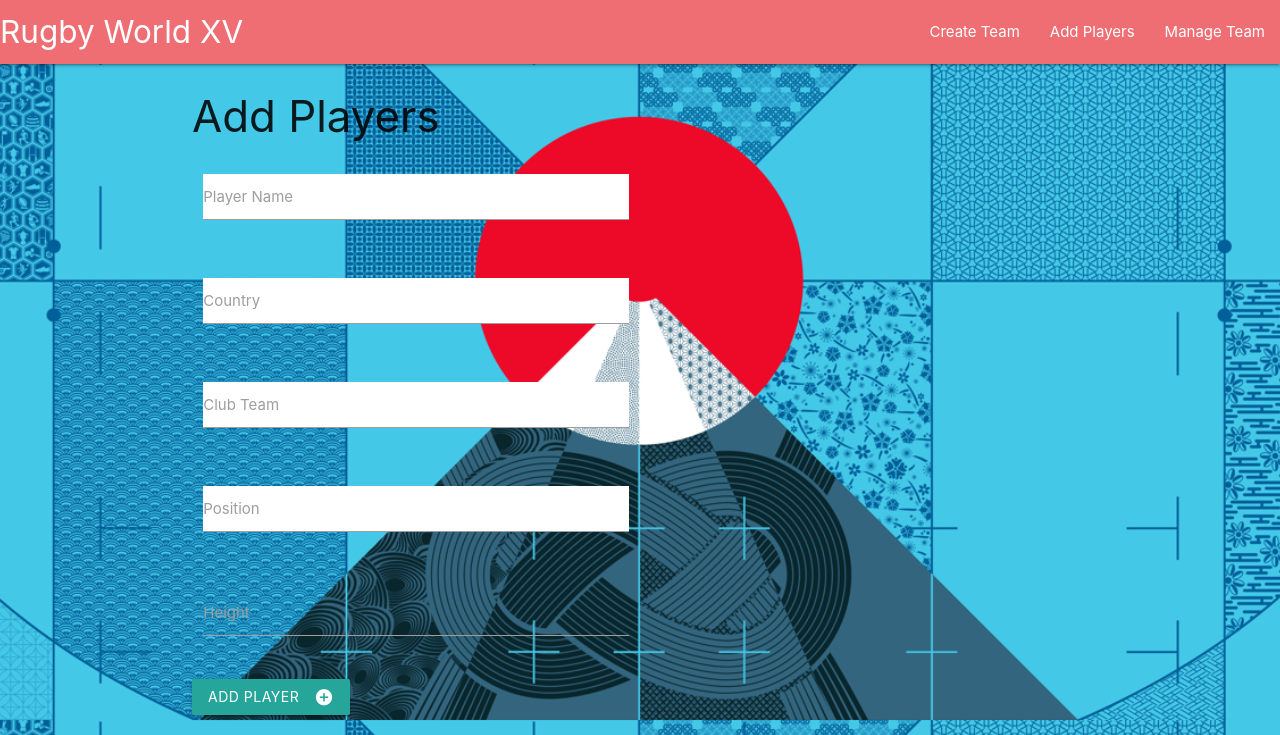
Repository: StephenWhittington/rugby-world-xv
Page: http://localhost/new_team
The author's editor kept a record of every edit. The page is drawn from the files as they stood at one moment, then again after the next edit.
The browser window is 1280 px wide. The pictures show the whole page.
Backgrounds fixed to the window are drawn as part of the page. The page is served by the project's application, run on Flask 3 (app.py). Queries for data that is not in the repository find no rows.

Above is the page before.

After the next edit:
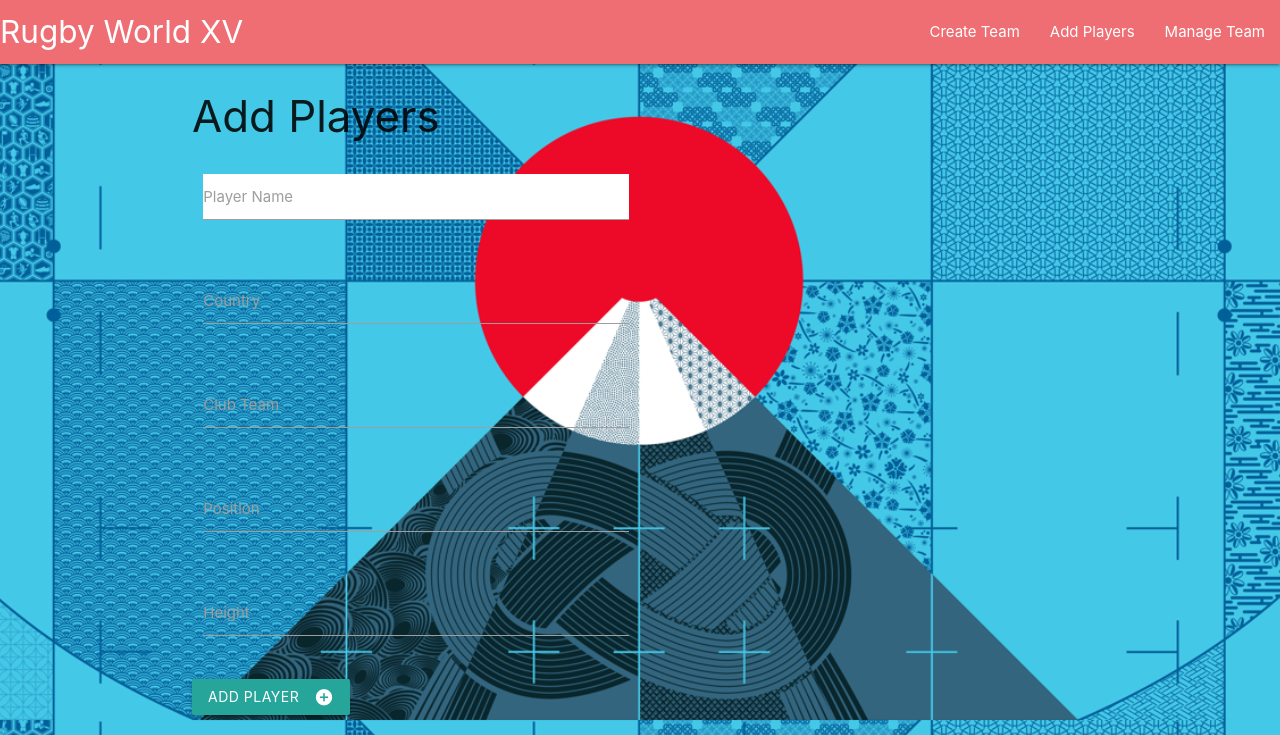
The edit:
--- a/static/css/style.css
+++ b/static/css/style.css
@@ -25,15 +25,3 @@
 #player_name {
     background-color: white;
 }
-
-#country {
-    background-color: white;
-}
-
-#club_team {
-    background-color: white;
-}
-
-#position {
-    background-color: white;
-}
